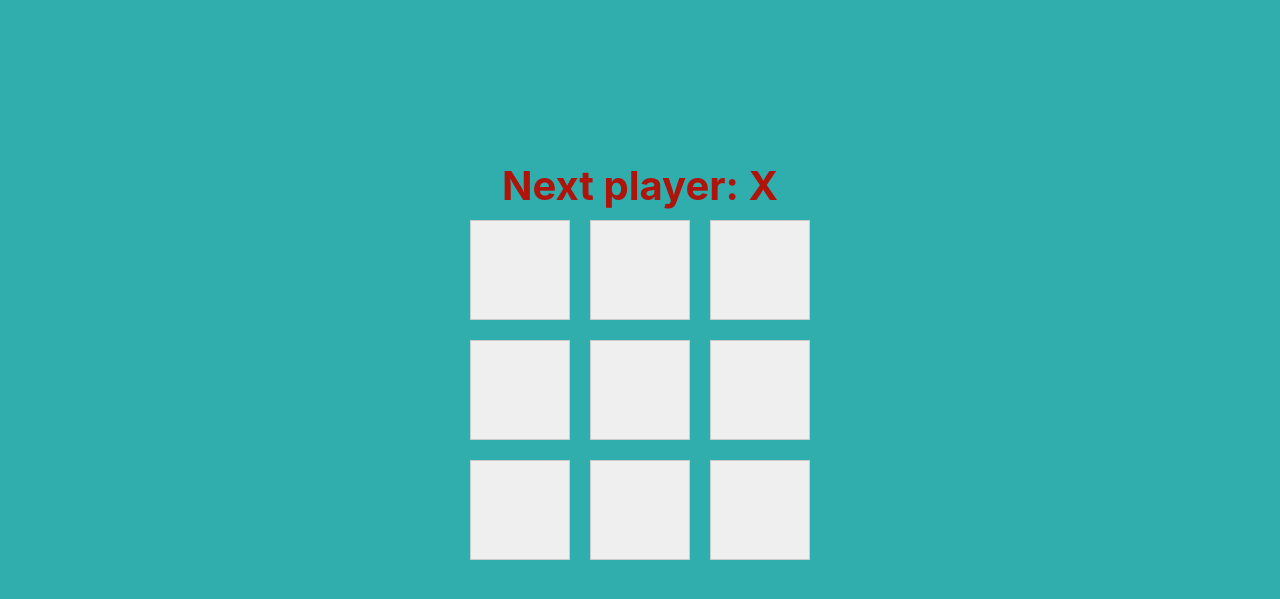
Repository: sedat-akdogan/React_Revision
Page: / (app in tic-tac-toe/)
An editor plug-in stored every save of this project. The page is shown before and after the next save, followed by the edit.
The browser window is 1280 px wide. The pictures show the whole page.
The project was rebuilt for these pictures with package versions that can differ from the ones it lists, and the page was loaded fresh each time.

Above is the page before, as saved 2023-05-13 00:55:54.

### tic-tac-toe/src/index.css
body {
    margin: 0;
    font-family: -apple-system, BlinkMacSystemFont, 'Segoe UI', 'Roboto', 'Oxygen',
        'Ubuntu', 'Cantarell', 'Fira Sans', 'Droid Sans', 'Helvetica Neue',
        sans-serif;
    -webkit-font-smoothing: antialiased;
    -moz-osx-font-smoothing: grayscale;
}

code {
    font-family: source-code-pro, Menlo, Monaco, Consolas, 'Courier New',
        monospace;
}

.main {
    display: flex;
    flex-direction: column;
    align-items: center;
    justify-content: center;
    height: 100vh;
    background-color: rgb(48, 174, 174);
}

.square {
    width: 100px;
    height: 100px;
    font-size: 50px;
    border: 1px solid #ccc;
    display: inline-block;
    justify-content: center;
    align-items: center;
    color: rgb(48, 174, 174);
}

.board-row {
    display: flex;
}

.board-row .square {
    margin: 10px;
}

.board-row:last-child .square {
    margin-bottom: 0;
}

.status {
    color: rgb(174, 20, 9);
    font-size: 40px;
    font-weight: bold;
}

### tic-tac-toe/src/App.js
import { useState } from 'react';


function Square({ value, onSquareClick }) {
    return (
        <button className="square" onClick={onSquareClick}>
            {value}
        </button>
    );
}

export default function Board() {
    const [xIsNext, setXIsNext] = useState(true);
    const [squares, setSquares] = useState(Array(9).fill(null));

    function handleClick(i) {
        if (squares[i] || calculateWinner(squares)) {
            return;
        }
        const nextSquares = squares.slice();
        if (xIsNext) {
            nextSquares[i] = 'X';
        } else {
            nextSquares[i] = 'O';
        }
        setSquares(nextSquares);
        setXIsNext(!xIsNext);
    }

    const winner = calculateWinner(squares);
    let status;
    if (winner) {
        status = "Winner: " + winner;
    } else {
        status = "Next player: " + (xIsNext ? "X" : "O");
    }

    return (
        <div className='main'>
            <div className="status">{status}</div>
            <div className="board-row">
                <Square value={squares[0]} onSquareClick={() => handleClick(0)} />
                <Square value={squares[1]} onSquareClick={() => handleClick(1)} />
                <Square value={squares[2]} onSquareClick={() => handleClick(2)} />
            </div>
            <div className="board-row">
                <Square value={squares[3]} onSquareClick={() => handleClick(3)} />
                <Square value={squares[4]} onSquareClick={() => handleClick(4)} />
                <Square value={squares[5]} onSquareClick={() => handleClick(5)} />
            </div>
            <div className="board-row">
                <Square value={squares[6]} onSquareClick={() => handleClick(6)} />
                <Square value={squares[7]} onSquareClick={() => handleClick(7)} />
                <Square value={squares[8]} onSquareClick={() => handleClick(8)} />
            </div>
        </div>
    );
}

function calculateWinner(squares) {
    const lines = [
        [0, 1, 2],
        [3, 4, 5],
        [6, 7, 8],
        [0, 3, 6],
        [1, 4, 7],
        [2, 5, 8],
        [0, 4, 8],
        [2, 4, 6]
    ];
    for (let i = 0; i < lines.length; i++) {
        const [a, b, c] = lines[i];
        if (squares[a] && squares[a] === squares[b] && squares[a] === squares[c]) {
            return squares[a];
        }
    }
    return null;
}

Loaded but not shown: tic-tac-toe/public/index.html (common file); tic-tac-toe/src/index.js (common file); tic-tac-toe/src/reportWebVitals.js (common file)

After the next save:
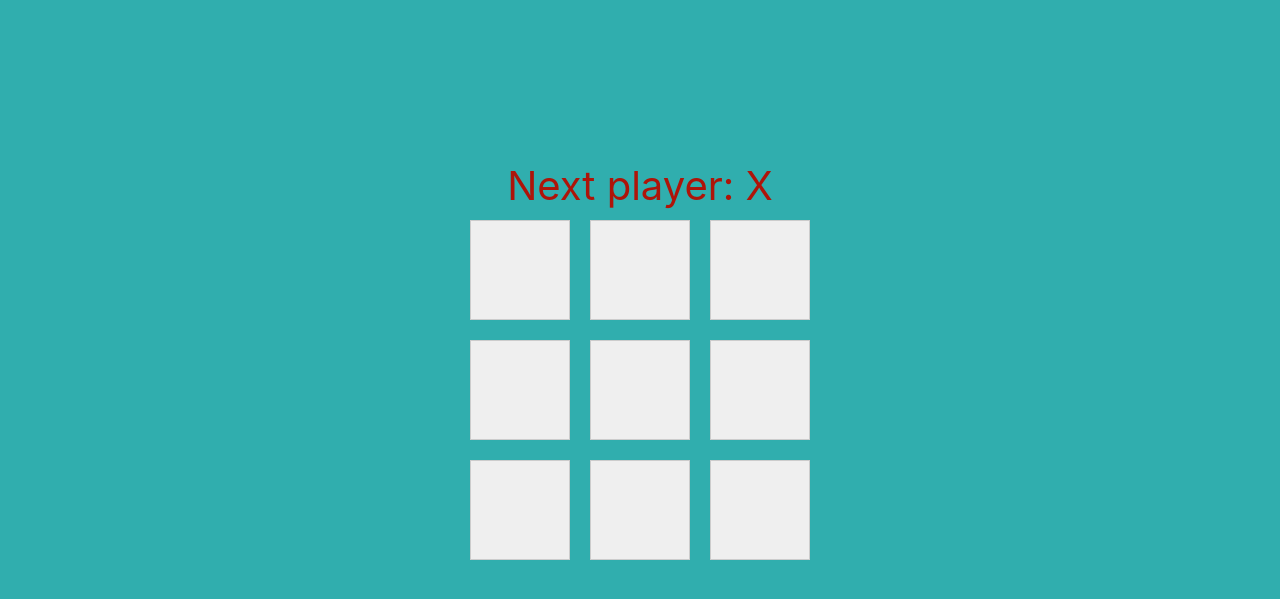
Saved 14 s later.
--- a/tic-tac-toe/src/index.css
+++ b/tic-tac-toe/src/index.css
@@ -47,5 +47,5 @@ code {
 .status {
     color: rgb(174, 20, 9);
     font-size: 40px;
-    font-weight: bold;
+    font-weight: ;
 }
